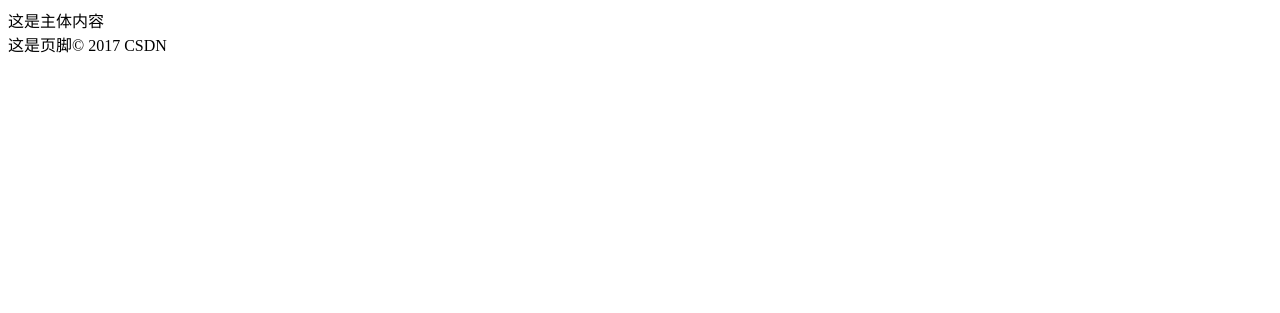
Repository: dessertss/lem-vue
Page: 3-前端路由/布局/06-footer始终位于页面底部.html
An editor plug-in stored every save of this project. The page is shown before and after a run of saves, followed by the edit.
The browser window is 1280 px wide. The pictures show the whole page.

Above is the page before, as saved 2022-01-12 16:21:11.

After the next 2 saves:
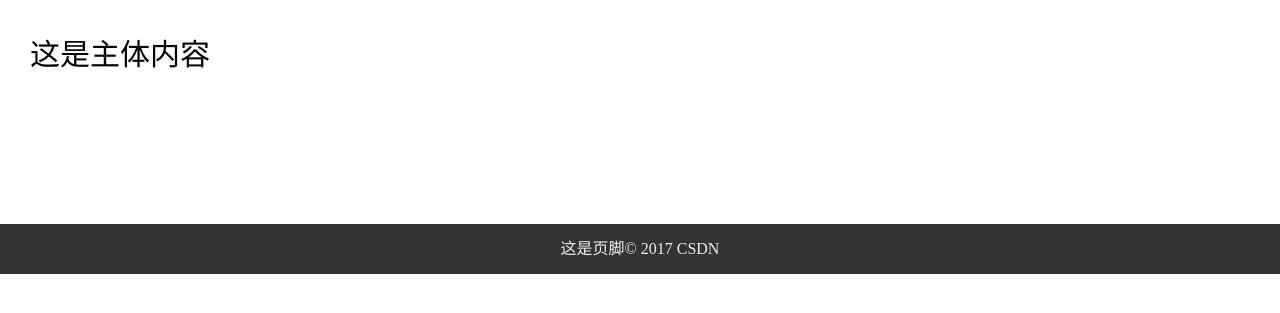
The 2 saves are shown as one change because they came seconds apart.
The last was saved 20 s later.
--- a/3-前端路由/布局/06-footer始终位于页面底部.html
+++ b/3-前端路由/布局/06-footer始终位于页面底部.html
@@ -3,6 +3,50 @@
 
 <head>
     <title>固定footer处于内容底部</title>
+    <style>
+        html,
+        body {
+            margin: 0;
+            /*清除默认样式*/
+            padding: 0;
+            height: 100%;
+        }
+
+        .container {
+            position: relative;
+            margin: 0 auto;
+            height: auto !important;
+            height: 100%;
+            min-height: 100%;
+        }
+
+        .content {
+            padding: 1em 1em 5em;
+            font-size: 30px;
+        }
+
+        .footer {
+            position: absolute;
+            /*相对于父元素contanier定位*/
+            width: 100%;
+            bottom: 0;
+            /*始终距离它的父元素的底部为0px.则是处于父元素的最底*/
+        }
+
+        .footer {
+            position: relative;
+            width: 100%;
+            background-color: #333;
+            color: #eee;
+            text-align: center;
+            font-size: 16px;
+            height: 50px;
+        }
+
+        .footer span {
+            line-height: 50px;
+        }
+    </style>
 </head>
 
 <body>
